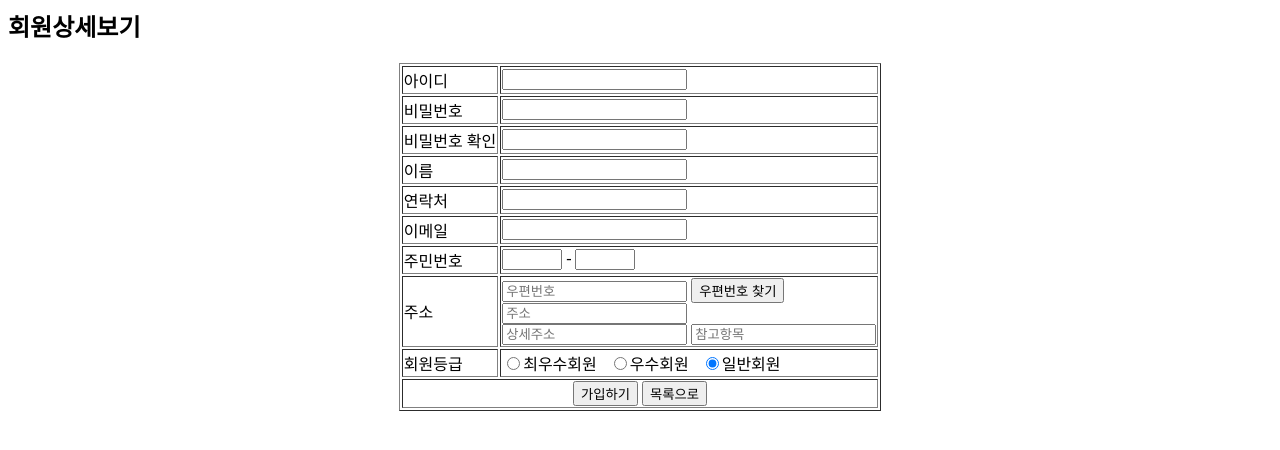
Repository: Mildous/HKIT-BackendClass
Page: http://localhost/jspPortfolioModel1/member/view.jsp
These files come from the project's save history. The page is drawn as it stood at one moment and after the next save; the edit follows.
The browser window is 1280 px wide. The pictures show the whole page.
The page is served by Tomcat 9. Other server files are loaded and not shown.

Above is the page before, as saved 2022-08-18 05:21:55.

### workspace/jsp/jspPortfolioModel1/WebContent/member/view.jsp
<%@ page language="java" contentType="text/html; charset=UTF-8"
    pageEncoding="UTF-8"%>

<h2>회원상세보기</h2>
<table border="1" align="center">
	<tr>
		<td>아이디</td>
		<td><input type="text" name="id"></td>
	</tr>
	<tr>
		<td>비밀번호</td>
		<td><input type="password" name="passwd"></td>
	</tr>
	<tr>
		<td>비밀번호 확인</td>
		<td><input type="password" name="passwdChk"></td>
	</tr>
	<tr>
		<td>이름</td>
		<td><input type="text" name="name"></td>
	</tr>
	<tr>
		<td>연락처</td>
		<td><input type="text" name="phone"></td>
	</tr>
	<tr>
		<td>이메일</td>
		<td><input type="text" name="email"></td>
	</tr>
	<tr>
		<td>주민번호</td>
		<td>
			<input type="text" name="jumin1" style="width: 60px;">
			-
			<input type="text" name="jumin2" style="width: 60px;">
		</td>
	</tr>
	<tr>
		<td>주소</td>
		<td>
			<input type="text" id="sample6_postcode" placeholder="우편번호" name="juso1" readonly>
			<input type="button" onclick="sample6_execDaumPostcode()" value="우편번호 찾기"><br>
			<input type="text" id="sample6_address" placeholder="주소" name="juso2" readonly><br>
			<input type="text" id="sample6_detailAddress" placeholder="상세주소" name="juso3">
			<input type="text" id="sample6_extraAddress" placeholder="참고항목" name="juso4" readonly>
		</td>
	</tr>
	<tr>
		<td>회원등급</td>
		<td>
			<input type="radio" name="grade" value="최우수회원">최우수회원 &nbsp;
			<input type="radio" name="grade" value="우수회원">우수회원 &nbsp;
			<input type="radio" name="grade" value="일반회원" checked>일반회원 &nbsp;
		</td>
	</tr>
	<tr>
		<td colspan="2" align="center">
			<button type="button" onClick="join();">가입하기</button>
			<button type="button" onClick="location.href='main.jsp?menuGubun=member_list';">목록으로</button>
		</td>
	</tr>
</table>
</form>

<script>
function join() {
	if(confirm('등록할까요?')) {
		document.insertForm.action = "mainProc.jsp?menuGubun=member_insertProc";
		document.insertForm.method = "post";
		document.insertForm.submit();
	}
}
</script>

<%@ include file="_inc_daumApi.jsp" %>

### workspace/jsp/jspPortfolioModel1/WebContent/member/_inc_daumApi.jsp
<%@ page language="java" contentType="text/html; charset=UTF-8"
    pageEncoding="UTF-8"%>

<script src="//t1.daumcdn.net/mapjsapi/bundle/postcode/prod/postcode.v2.js"></script>
<script>
    function sample6_execDaumPostcode() {
        new daum.Postcode({
            oncomplete: function(data) {
                // 팝업에서 검색결과 항목을 클릭했을때 실행할 코드를 작성하는 부분.

                // 각 주소의 노출 규칙에 따라 주소를 조합한다.
                // 내려오는 변수가 값이 없는 경우엔 공백('')값을 가지므로, 이를 참고하여 분기 한다.
                var addr = ''; // 주소 변수
                var extraAddr = ''; // 참고항목 변수

                //사용자가 선택한 주소 타입에 따라 해당 주소 값을 가져온다.
                if (data.userSelectedType === 'R') { // 사용자가 도로명 주소를 선택했을 경우
                    addr = data.roadAddress;
                } else { // 사용자가 지번 주소를 선택했을 경우(J)
                    addr = data.jibunAddress;
                }

                // 사용자가 선택한 주소가 도로명 타입일때 참고항목을 조합한다.
                if(data.userSelectedType === 'R'){
                    // 법정동명이 있을 경우 추가한다. (법정리는 제외)
                    // 법정동의 경우 마지막 문자가 "동/로/가"로 끝난다.
                    if(data.bname !== '' && /[동|로|가]$/g.test(data.bname)){
                        extraAddr += data.bname;
                    }
                    // 건물명이 있고, 공동주택일 경우 추가한다.
                    if(data.buildingName !== '' && data.apartment === 'Y'){
                        extraAddr += (extraAddr !== '' ? ', ' + data.buildingName : data.buildingName);
                    }
                    // 표시할 참고항목이 있을 경우, 괄호까지 추가한 최종 문자열을 만든다.
                    if(extraAddr !== ''){
                        extraAddr = ' (' + extraAddr + ')';
                    }
                    // 조합된 참고항목을 해당 필드에 넣는다.
                    document.getElementById("sample6_extraAddress").value = extraAddr;

                } else {
                    document.getElementById("sample6_extraAddress").value = '';
                }

                // 우편번호와 주소 정보를 해당 필드에 넣는다.
                document.getElementById('sample6_postcode').value = data.zonecode;
                document.getElementById("sample6_address").value = addr;
                // 커서를 상세주소 필드로 이동한다.
                document.getElementById("sample6_detailAddress").focus();
            }
        }).open();
    }
</script>

After the next save:
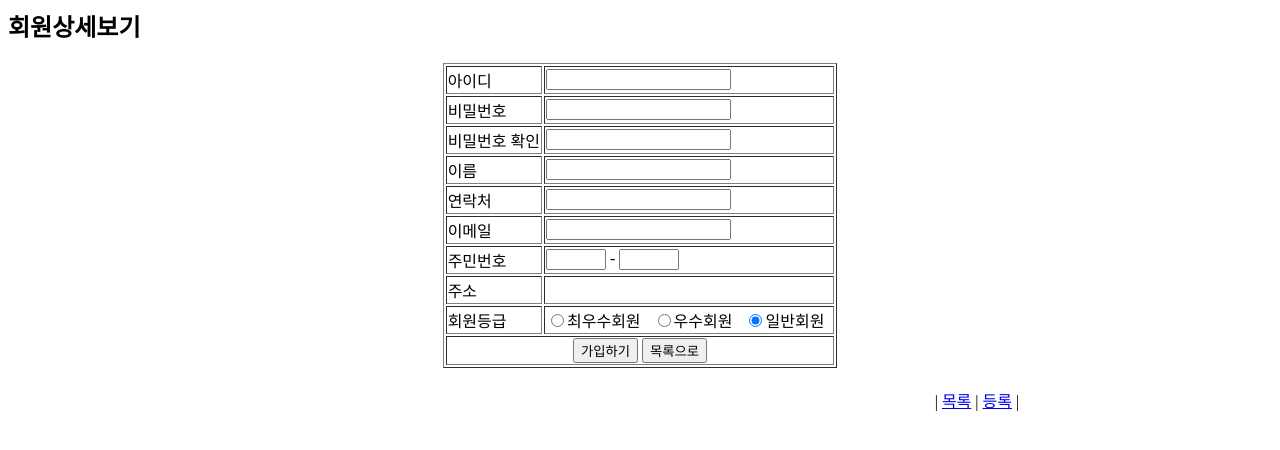
Saved 31 s later.
--- a/workspace/jsp/jspPortfolioModel1/WebContent/member/view.jsp
+++ b/workspace/jsp/jspPortfolioModel1/WebContent/member/view.jsp
@@ -38,11 +38,7 @@
 	<tr>
 		<td>주소</td>
 		<td>
-			<input type="text" id="sample6_postcode" placeholder="우편번호" name="juso1" readonly>
-			<input type="button" onclick="sample6_execDaumPostcode()" value="우편번호 찾기"><br>
-			<input type="text" id="sample6_address" placeholder="주소" name="juso2" readonly><br>
-			<input type="text" id="sample6_detailAddress" placeholder="상세주소" name="juso3">
-			<input type="text" id="sample6_extraAddress" placeholder="참고항목" name="juso4" readonly>
+
 		</td>
 	</tr>
 	<tr>
@@ -72,4 +68,10 @@ function join() {
 }
 </script>
 
-<%@ include file="_inc_daumApi.jsp" %>
+<div style="padding-top: 20px; width: 80%; " align="right">
+	|
+	<a href="#" onClick="move('member_list', '');">목록</a>
+	|
+	<a href="#" onClick="move('member_chuga', '');">등록</a>
+	|
+</div>
